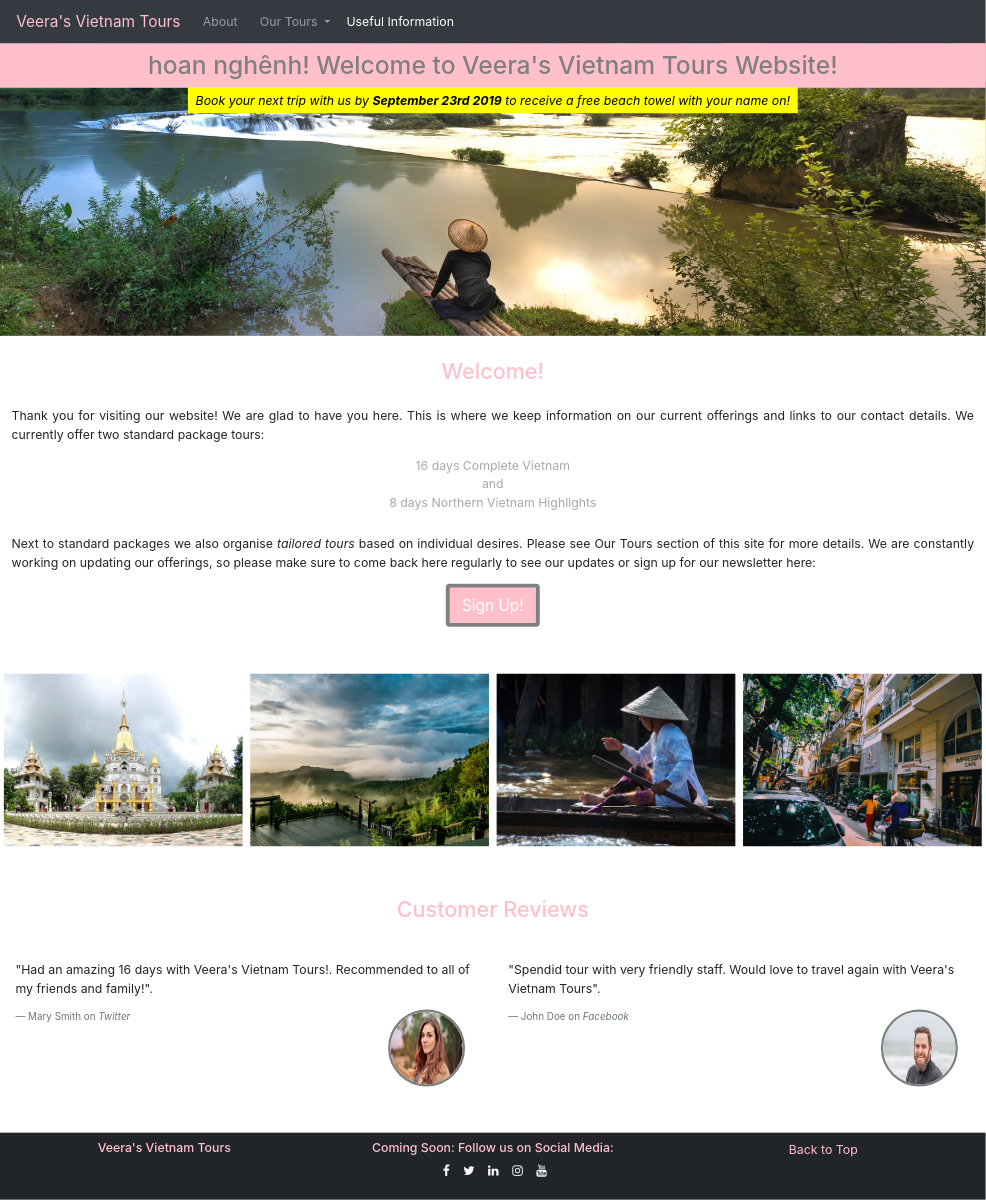
Repository: VAhola/VietnamTour
Page: index.html
The author's editor kept a record of every edit. The page is drawn from the files as they stood at one moment, then again after the next edit.
The browser window is 1280 px wide. The pictures show the whole page, at 77% of full size.

Above is the page before.

After the next edit:
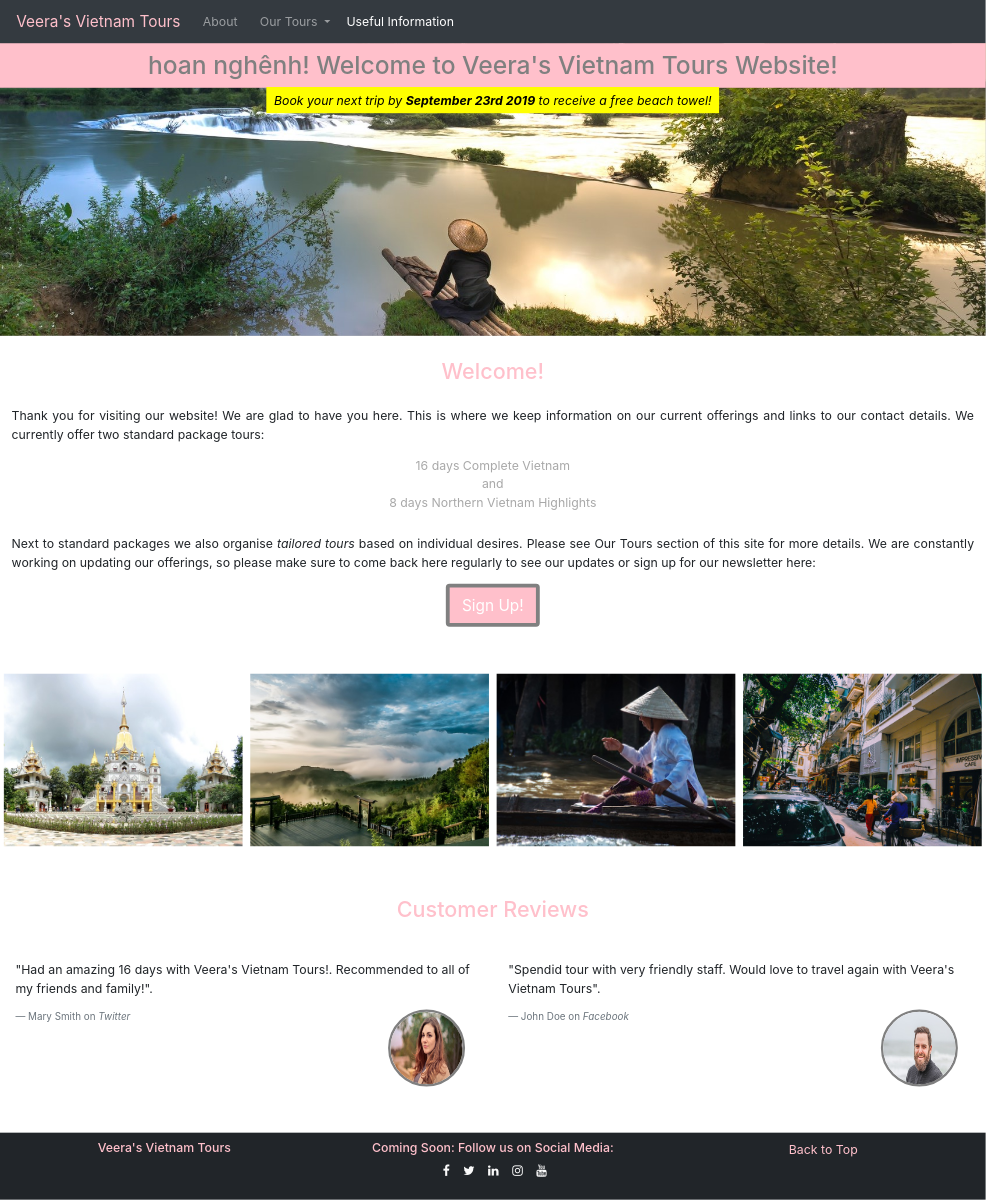
The edit:
--- a/index.html
+++ b/index.html
@@ -46,7 +46,7 @@
      hoan nghênh! Welcome to Veera's Vietnam Tours Website!
     </h2>
     <div class=container4>
-  <p><em>Book your next trip with us by <strong>September 23rd 2019</strong>  to receive a free beach towel with your name on!</em></p>
+  <p><em>Book your next trip by <strong>September 23rd 2019</strong>  to receive a free beach towel!</em></p>
 </div>
  </div>
 
